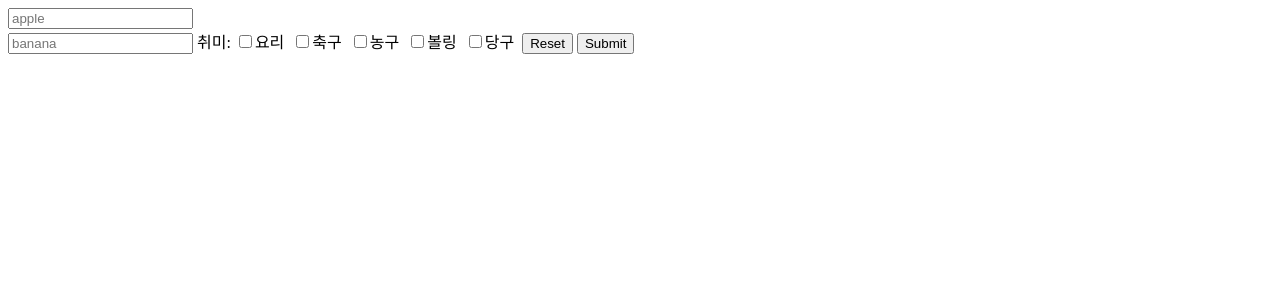
Repository: djdh94/jsp_practice
Page: http://localhost/JSPBasic/jspObject/1.requests/req_param_send.jsp
These files come from the project's save history. The page is drawn as it stood at one moment and after the next save; the edit follows.
The browser window is 1280 px wide. The pictures show the whole page.
The page is served by Tomcat 9.

Above is the page before, as saved 2022-02-03 09:00:05.

After the next save:
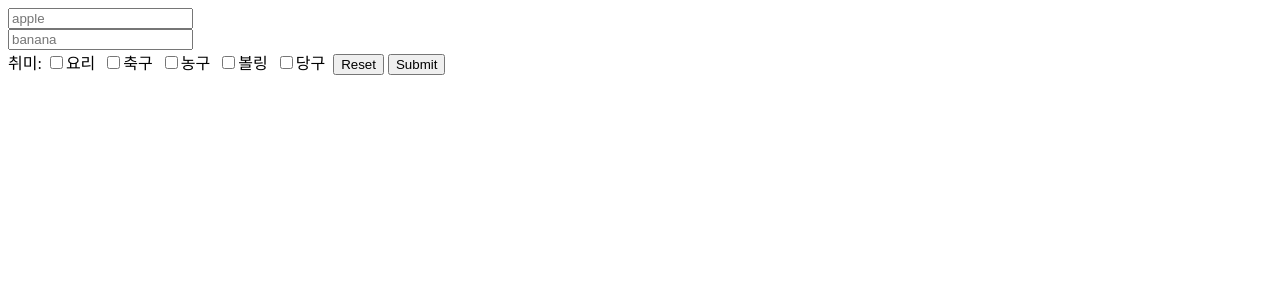
Saved 21 s later.
--- a/JSPBasic/src/main/webapp/jspObject/1.requests/req_param_send.jsp
+++ b/JSPBasic/src/main/webapp/jspObject/1.requests/req_param_send.jsp
@@ -12,7 +12,7 @@
 웹 개발에서는 받을 페이지 화면의 주소를 적어줌 --%>
 	<form action="req_param_getpost.jsp" method="get">
 	<input type="text" name="apple" placeholder="apple"/><br/>
-	<input type="password" name="banana" placeholder="banana"/>
+	<input type="password" name="banana" placeholder="banana"/><br/>
 
 	취미:
 	<input type="checkbox" name="hobby" >요리&nbsp;
